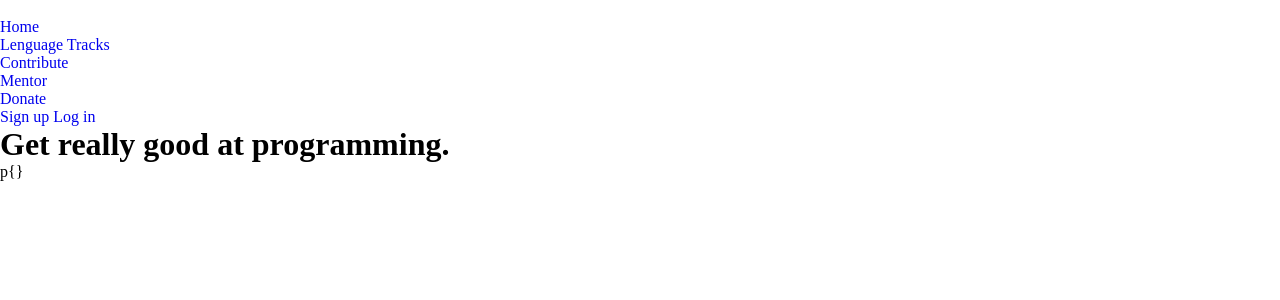
Repository: mvbri/exercism-style-website
Page: index.html
These files come from the project's save history. The page is drawn as it stood at one moment and after the next save; the edit follows.
The browser window is 1280 px wide. The pictures show the whole page.

Above is the page before, as saved 2022-07-20 18:13:02.

### index.html
<!DOCTYPE html>
<html lang="en">
  <head>
    <meta charset="UTF-8" />
    <meta http-equiv="X-UA-Compatible" content="IE=edge" />
    <meta name="viewport" content="width=device-width, initial-scale=1.0" />
    <title>Document</title>
    <link rel="stylesheet" href="style.css" />
  </head>
  <body>
    <div class="container">
      <header class="site-header">
        <div class="logo">
          <img src="" alt="" />
        </div>
        <nav class="signed-out">
          <ul>
            <li>
              <a href="#">Home</a>
            </li>
            <li>
              <a href="#">Lenguage Tracks</a>
            </li>
            <li>
              <a href="#">Contribute</a>
            </li>
            <li>
              <a href="#">Mentor</a>
            </li>
            <li>
              <a href="#">Donate</a>
            </li>
          </ul>
        </nav>
        <div class="auth-buttons">
          <a href="#">Sign up</a>
          <a href="#">Log in</a>
        </div>
      </header>
      <main class="main page-landing">
        <header>
          <div class="flex">
            <h1>Get really good at programming.</h1>
            p{}
          </div>
        </header>
      </main>
      <footer class="footer"></footer>
    </div>
    <script src="./script.js"></script>
  </body>
</html>

### style.css
* {
    margin: 0;
    padding: 0;
    box-sizing: border-box;
}

a {
    text-decoration: none;
}

ul {
    list-style: none;
}

Loaded but not shown: script.js (no stored copy; drawn as an empty file)

After the next save:
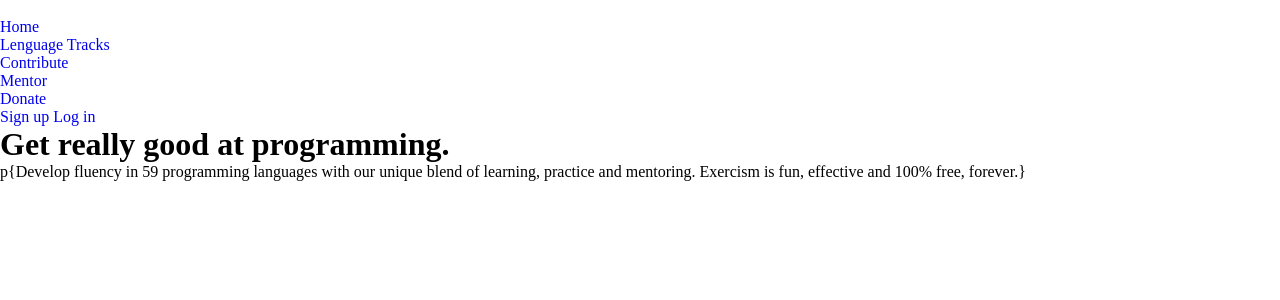
Saved 4 s later.
--- a/index.html
+++ b/index.html
@@ -41,7 +41,9 @@
         <header>
           <div class="flex">
             <h1>Get really good at programming.</h1>
-            p{}
+            p{Develop fluency in 59 programming languages with our unique blend
+            of learning, practice and mentoring. Exercism is fun, effective and
+            100% free, forever.}
           </div>
         </header>
       </main>
